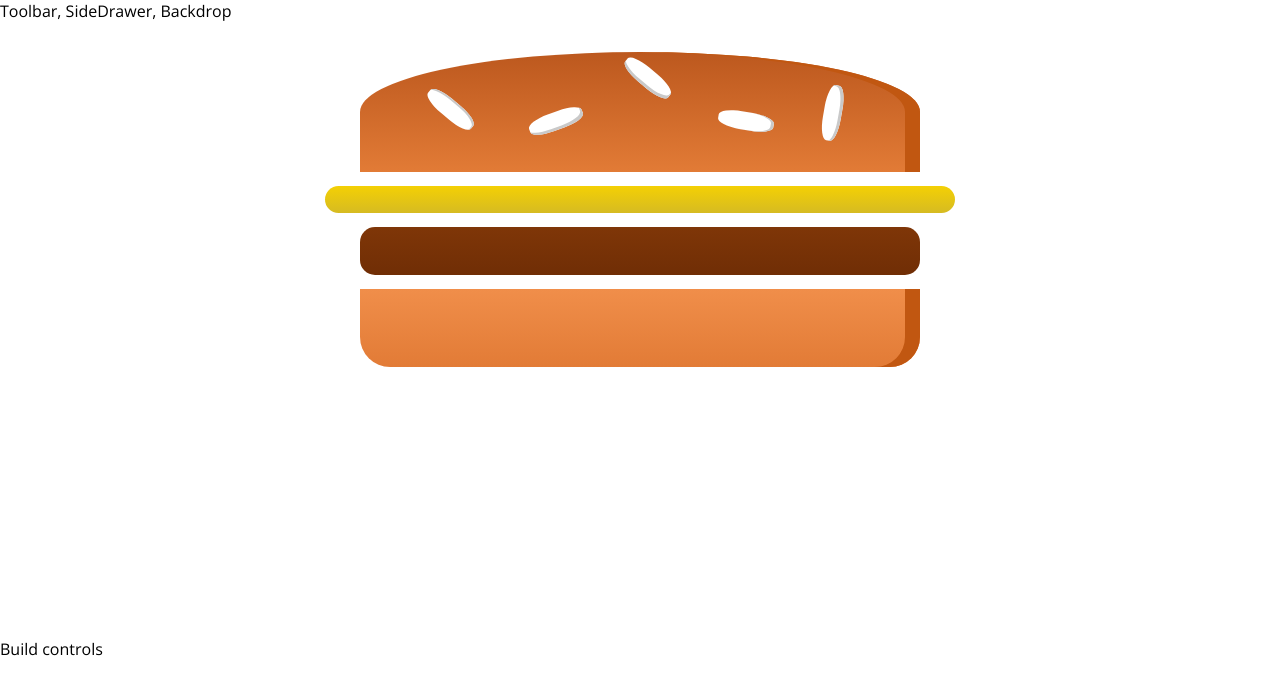
Repository: AbdulMutaal/Burger-Builder
Page: /
These files come from the project's save history. The page is drawn as it stood at one moment and after the next save; the edit follows.
The browser window is 1280 px wide. The pictures show the whole page.
The project was rebuilt for these pictures with package versions that can differ from the ones it lists, and the page was loaded fresh each time.

Above is the page before, as saved 2021-12-07 11:18:12.

### src/index.css
body {
  margin: 0;
  font-family: "Open Sans", sans-serif;
}

### src/App.js
import Layout from './components/Layout/Layout';
import BurgerBuilder from './containers/BurgerBuilder/BurgerBuilder';

function App() {
  return (
    <div>
      <Layout>
        <BurgerBuilder />
      </Layout>
    </div>
  );
}

export default App;

### src/components/Layout/Layout.js
import React from 'react';

import Auxiliary from '../../hoc/Auxiliary';
import classes from './Layout.module.css';

const layout = ( props ) => (
    <Auxiliary>
        <div>Toolbar, SideDrawer, Backdrop</div>
        <main className={classes.Content}>
            {props.children}
        </main>
    </Auxiliary>
);

export default layout;

### src/containers/BurgerBuilder/BurgerBuilder.js
import React, { Component } from 'react';

import Auxiliary from '../../hoc/Auxiliary';
import Burger from '../../components/Burger/Burger';

class BurgerBuilder extends Component {
    state = {
        ingredients: {
            salad: 1,
            bacon: 1,
            cheese: 2,
            meat: 2
        }
    }

    render () {
        return (
            <Auxiliary>
                <Burger ingredients={this.state.ingredients} />
                <div>Build controls</div>
            </Auxiliary>
        );
    }
}

export default BurgerBuilder;

### src/components/Burger/Burger.js
import React from 'react';

import classes from './Burger.module.css';
import BurgerIngredient from './BurgerIngredient/BurgerIngredient';

const burger = (props) => {
    return (
        <div className={classes.Burger}>
            <BurgerIngredient type="bread-top" />
            <BurgerIngredient type="cheese" />
            <BurgerIngredient type="meat" />
            <BurgerIngredient type="bread-bottom" />
        </div>
    );
};

export default burger;

### src/components/Burger/BurgerIngredient/BurgerIngredient.js
import React from 'react';
import PropTypes from 'prop-types';

import classes from './BurgerIngredient.module.css';

const burgerIngredient = (props) => {
    let ingredient = null;

    switch (props.type) {
        case ('bread-bottom'):
            ingredient = <div className={classes.BreadBottom}></div>;
            break;
        case ('bread-top'):
            ingredient = (
                <div className={classes.BreadTop}>
                    <div className={classes.Seeds1}></div>
                    <div className={classes.Seeds2}></div>
                </div>
            );
            break;
        case ('meat'):
            ingredient = <div className={classes.Meat}></div>;
            break;
        case ('cheese'):
            ingredient = <div className={classes.Cheese}></div>;
            break;
        case ('bacon'):
            ingredient = <div className={classes.Bacon}></div>;
            break;
        case ('salad'):
            ingredient = <div className={classes.Salad}></div>;
            break;
        default:
            ingredient = null;
    }

    return ingredient;
};

burgerIngredient.propTypes = {
    type: PropTypes.string.isRequired
};

export default burgerIngredient;

### src/components/Burger/BurgerIngredient/BurgerIngredient.module.css
.BreadBottom {
    height: 13%;
    width: 80%;
    background: linear-gradient(#F08E4A, #e27b36);
    border-radius: 0 0 30px 30px;
    box-shadow: inset -15px 0 #c15711;
    margin: 2% auto;
}

.BreadTop {
    height: 20%;
    width: 80%;
    background: linear-gradient(#bc581e, #e27b36);
    border-radius: 50% 50% 0 0;
    box-shadow: inset -15px 0 #c15711;
    margin: 2% auto;
    position: relative;
}

.Seeds1 {
    width: 10%;
    height: 15%;
    position: absolute;
    background-color: white;
    left: 30%;
    top: 50%;
    border-radius: 40%;
    transform: rotate(-20deg);
    box-shadow: inset -2px -3px #c9c9c9;
}

.Seeds1:after {
    content: "";
    width: 100%;
    height: 100%;
    position: absolute;
    background-color: white;
    left: -170%;
    top: -260%;
    border-radius: 40%;
    transform: rotate(60deg);
    box-shadow: inset -1px 2px #c9c9c9;
  }

.Seeds1:before {
    content: "";
    width: 100%;
    height: 100%;
    position: absolute;
    background-color: white;
    left: 180%;
    top: -50%;
    border-radius: 40%;
    transform: rotate(60deg);
    box-shadow: inset -1px -3px #c9c9c9;
  }

  .Seeds2 {
    width: 10%;
    height: 15%;
    position: absolute;
    background-color: white;
    left: 64%;
    top: 50%;
    border-radius: 40%;
    transform: rotate(10deg);
    box-shadow: inset -3px 0 #c9c9c9;
  }

  .Seeds2:before {
    content: "";
    width: 100%;
    height: 100%;
    position: absolute;
    background-color: white;
    left: 150%;
    top: -130%;
    border-radius: 40%;
    transform: rotate(90deg);
    box-shadow: inset 1px 3px #c9c9c9;
  }


.Meat {
    width: 80%;
    height: 8%;
    background: linear-gradient(#7f3608, #702e05);
    margin: 2% auto;
    border-radius: 15px;
}

.Cheese {
    width: 90%;
    height: 4.5%;
    margin: 2% auto;
    background: linear-gradient(#f4d004, #d6bb22);
    border-radius: 20px;
}

.Salad {
    width: 85%;
    height: 7%;
    margin: 2% auto;
    background: linear-gradient(#228c1d, #91ce50);
    border-radius: 20px;
}

.Bacon {
    width: 80%;
    height: 3%;
    background: linear-gradient(#bf3813, #c45e38);
    margin: 2% auto;
}

Loaded but not shown: public/index.html (common file); src/index.js (common file); src/reportWebVitals.js (common file); src/hoc/Auxiliary.js (common file); src/components/Layout/Layout.module.css (common file); src/components/Burger/Burger.module.css (common file)

After the next save:
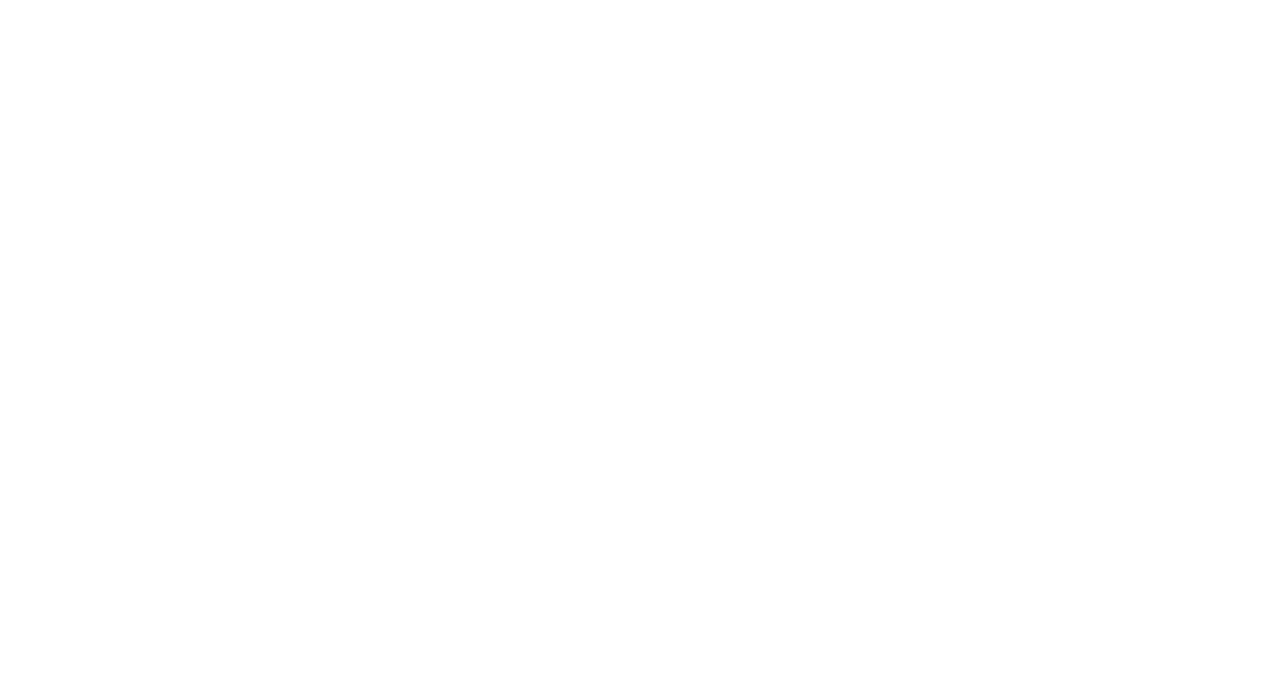
Console error: TypeError: Cannot convert undefined or null to object
Saved 110 s later.
--- a/src/components/Burger/Burger.js
+++ b/src/components/Burger/Burger.js
@@ -4,6 +4,7 @@
 import BurgerIngredient from './BurgerIngredient/BurgerIngredient';
 
 const burger = (props) => {
+    const transformedIngredients = Object.keys();
     return (
         <div className={classes.Burger}>
             <BurgerIngredient type="bread-top" />

After the save that followed:
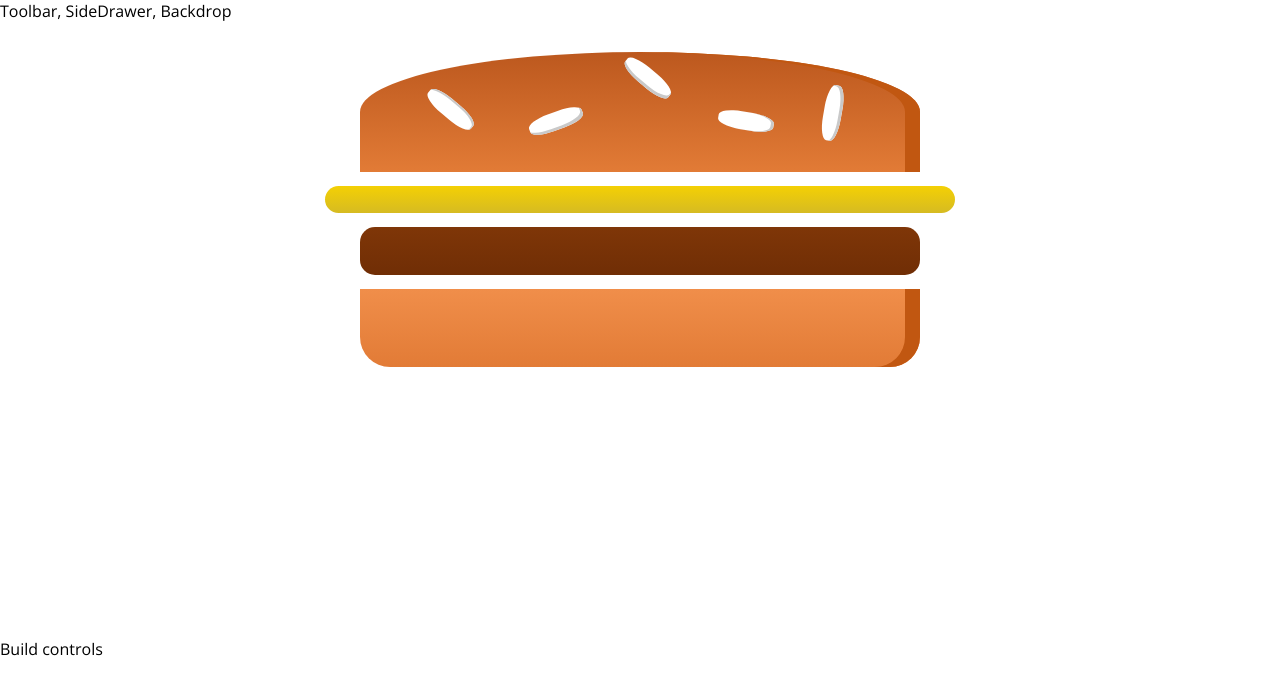
The error is gone.
Saved 11 s later.
--- a/src/components/Burger/Burger.js
+++ b/src/components/Burger/Burger.js
@@ -4,7 +4,7 @@
 import BurgerIngredient from './BurgerIngredient/BurgerIngredient';
 
 const burger = (props) => {
-    const transformedIngredients = Object.keys();
+    const transformedIngredients = Object.keys(props.ingredients);
     return (
         <div className={classes.Burger}>
             <BurgerIngredient type="bread-top" />
